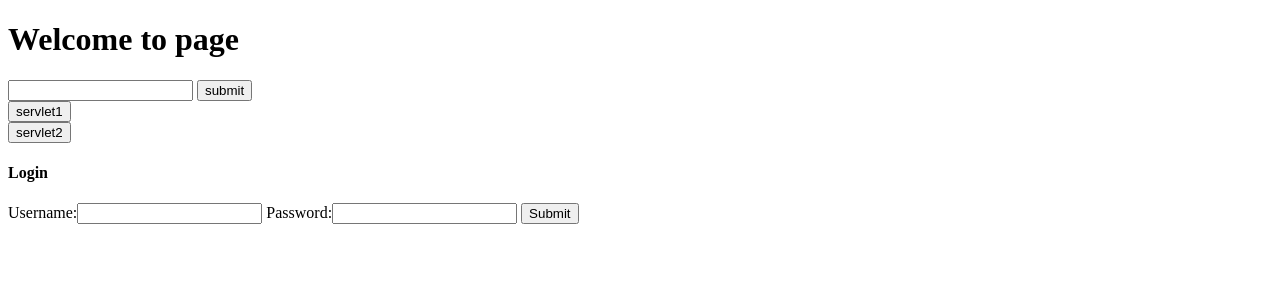
Repository: ankitaunhalkar/Bridgelabz-Servlet
Page: Servlet/WebContent/index.html
An editor plug-in stored every save of this project. The page is shown before and after the next save, followed by the edit.
The browser window is 1280 px wide. The pictures show the whole page.

Above is the page before, as saved 2018-05-21 06:49:10.

After the next save:
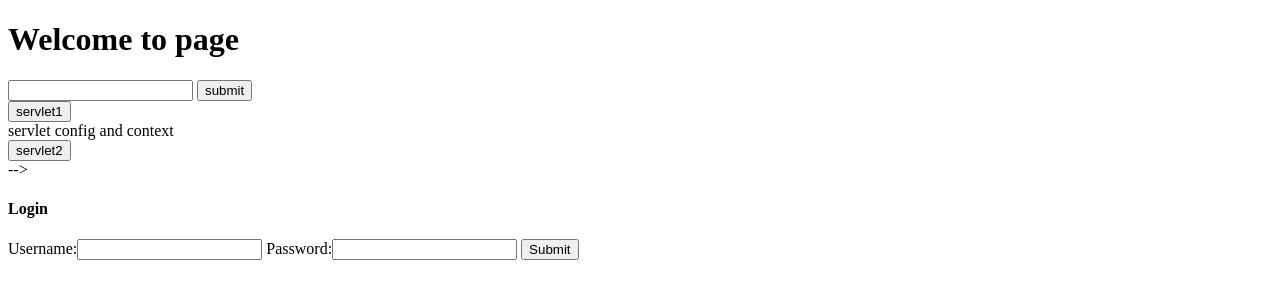
Saved 44 s later.
--- a/Servlet/WebContent/index.html
+++ b/Servlet/WebContent/index.html
@@ -11,15 +11,15 @@
 <input type="text" name="name"/>
 <input type="submit" value="submit"></form>
 
-<!-- servlet config and context -->
+<!-- <!-- servlet config and context -->
 <form action="Servlet1">
 <input type="submit" value="servlet1"/>
 </form>
 
-<!-- servlet config and context -->
+servlet config and context
 <form action="Servlet2">
 <input type="submit" value="servlet2"/>
-</form>
+</form> -->
 
 <!-- RequestDispatcher example -->
 <h4>Login</h4>
